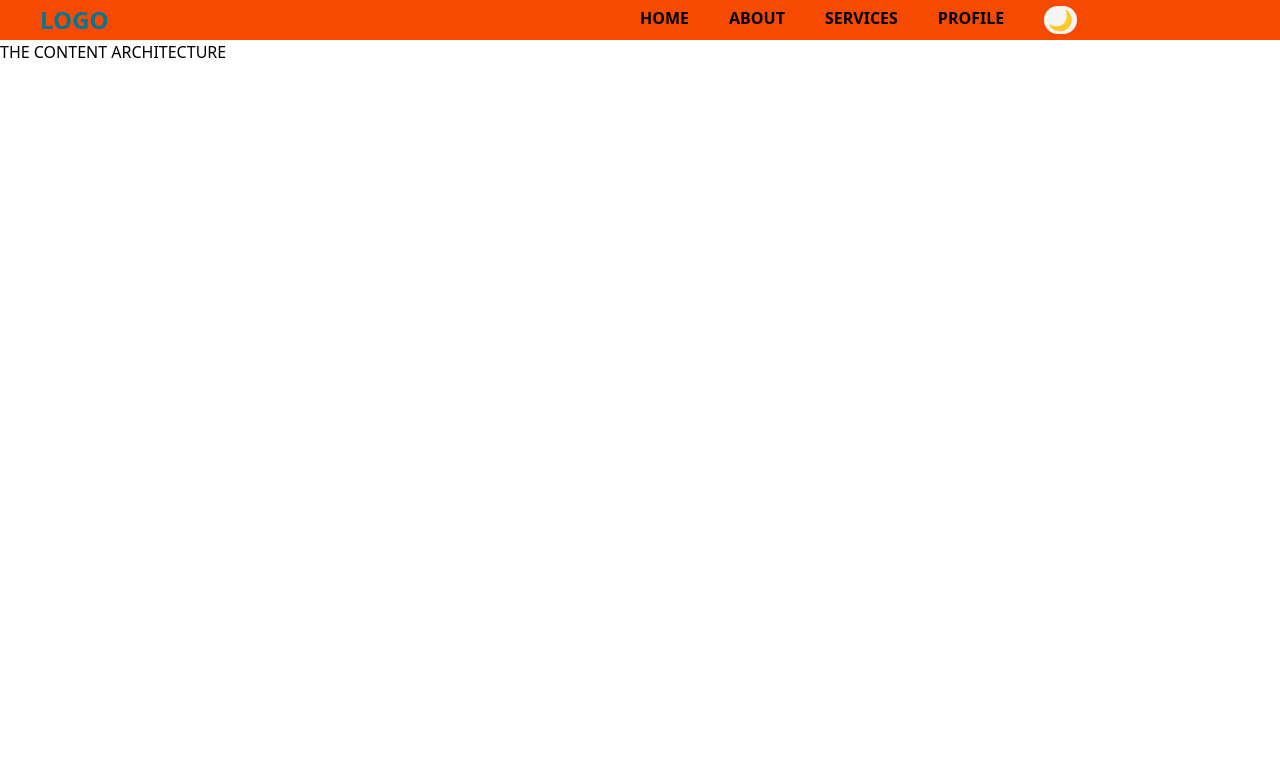
Repository: ajay-maurya-dev/Login
Page: /
These files come from the project's save history. The page is drawn as it stood at one moment and after the next save; the edit follows.
The browser window is 1280 px wide. The pictures show the whole page.
The project was rebuilt for these pictures with package versions that can differ from the ones it lists, and the page was loaded fresh each time. Also part of the build but not shown: vite.config.js.

Above is the page before, as saved 2026-10-23 23:48:26.

After the next save:
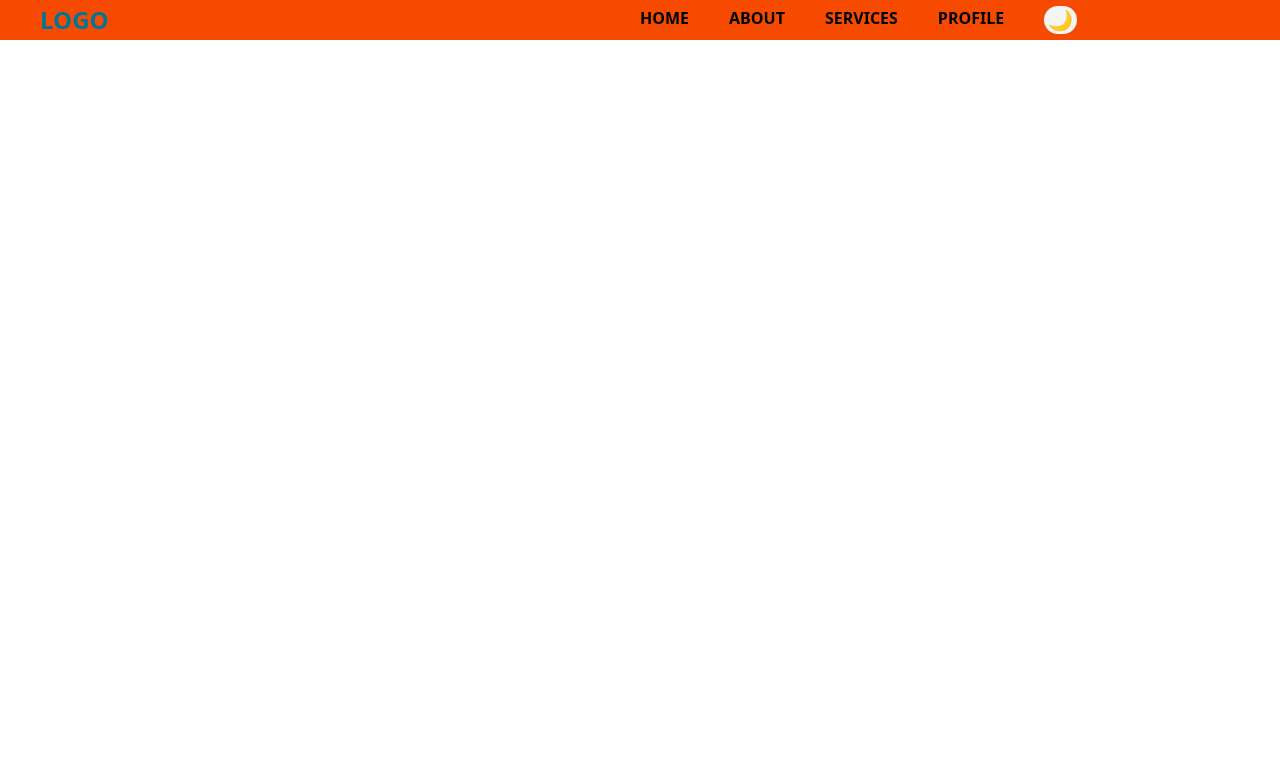
Saved 26 s later.
--- a/src/App.jsx
+++ b/src/App.jsx
@@ -2,9 +2,6 @@ function App() {
   return (
     <div className="h-screen w-screen dark:bg-black dark:text-white">
 
-      <footer>
-        <h1>THE CONTENT ARCHITECTURE</h1>
-      </footer>
     </div>
   );
 }
